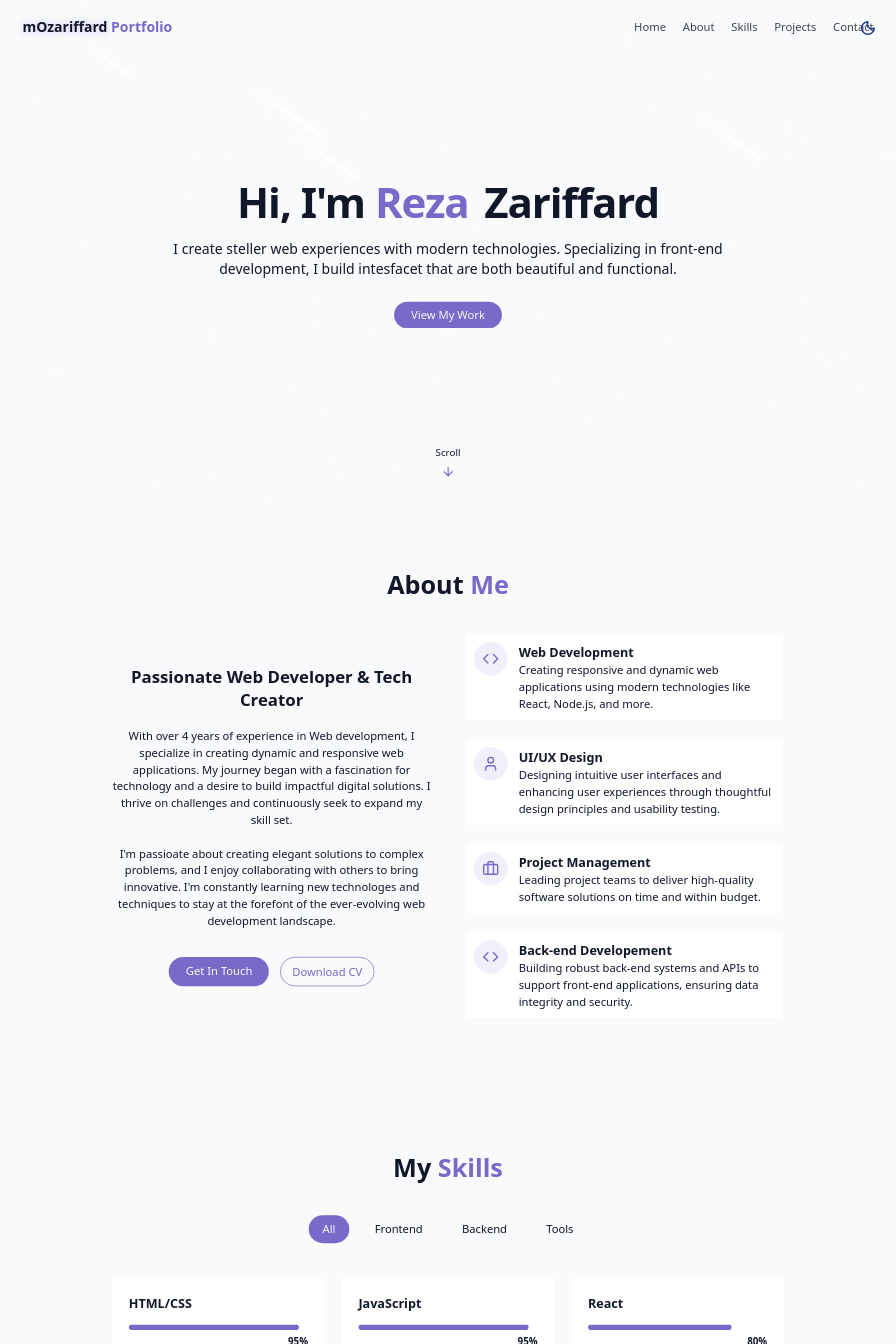
Repository: mOzariffard/Portfolio
Page: /
These files come from the project's save history. The page is drawn as it stood at one moment and after the next save; the edit follows.
The browser window is 1280 px wide. The pictures show the part of the page from y = 0 to 1920 px (the page is 4064 px tall), at 70% of full size.
The project was rebuilt for these pictures with package versions that can differ from the ones it lists, and the page was loaded fresh each time. Also part of the build but not shown: vite.config.js, src/pages/NotFound.jsx.

Above is the page before, as saved 2025-06-29 21:56:09.

After the next save:
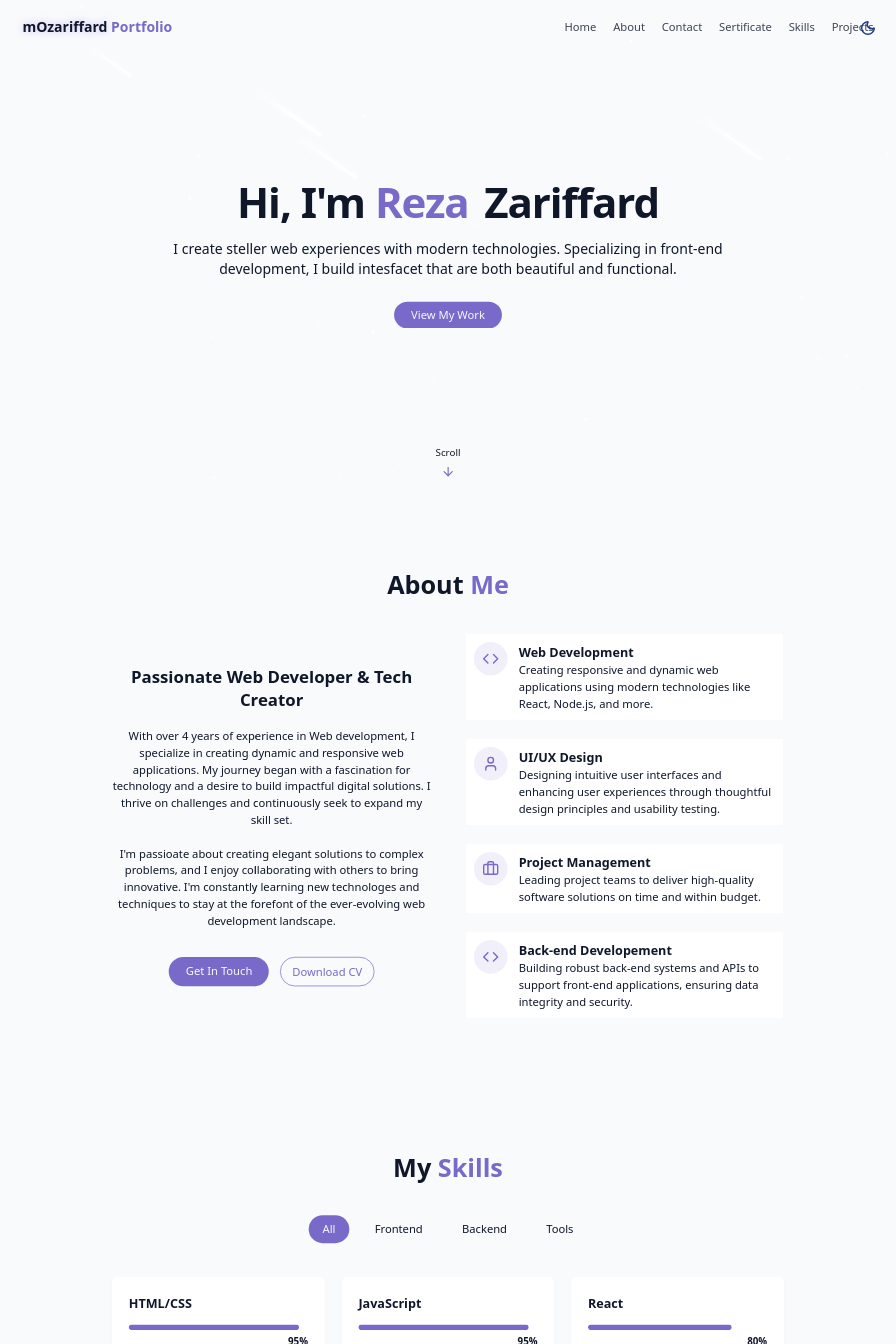
Saved 16 h 52 min later.
--- a/src/components/Navbar.jsx
+++ b/src/components/Navbar.jsx
@@ -5,9 +5,11 @@
 const navItems = [
     { name: 'Home', href: '#hero' },
     { name: 'About', href: '#about' },
+    { name: 'Contact', href: '#contact' },
+    { name: 'Sertificate', href: '#sertificate' },
     { name: 'Skills', href: '#skills' },
     { name: 'Projects', href: '#projects' },
-    { name: 'Contact', href: '#contact' },
+
 ];
 
 const Navbar = () => {
